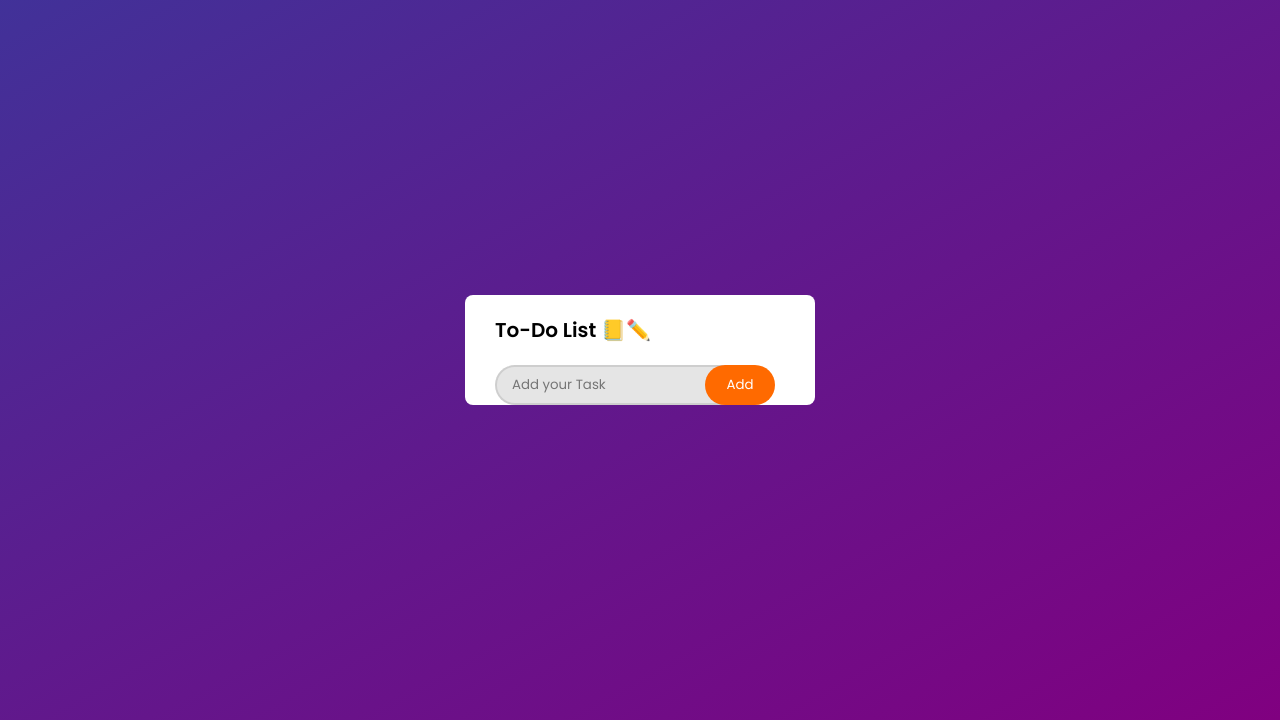
Repository: Ankitkr2021/To-Do-List
Page: index.html
An editor plug-in stored every save of this project. The page is shown before and after the next save, followed by the edit.
The browser window is 1280 px wide. The pictures show the whole page.

Above is the page before, as saved 2025-10-03 12:24:34.

### index.html
<!DOCTYPE html>
<html lang="en">
<head>
    <meta charset="UTF-8">
    <meta name="viewport" content="width=device-width, initial-scale=1.0">
    <title>To-Do-List</title>
    <link rel="stylesheet" href="./style.css">
</head>
<body>
    <div class="box">
        <h1>To-Do List 📒✏️</h1>
        <div class="task">
        <input id="input-box" type="text" placeholder="Add your Task">
        <button onclick="addTask()">Add</button>
        </div>
        <ul id="list-container">
            <!-- <li class="checked">addTask()</li>
            <li>Task 2</li>
            <li>Task 3</li> -->
        </ul>
    </div>
    <script src="script.js"></script>
</body>
</html>

### style.css
@import url("https://fonts.googleapis.com/css2?family=Poppins:wght@300;400;500;600;700&display=swap");

*{
    margin: 0;
    padding: 0;
    box-sizing: border-box;
    font-family: 'Poppins',sans-serif;
}

body{
    display: flex;
    justify-content: center;
    align-items: center;
    height: 100vh;
    background: linear-gradient(to bottom right, rgba(40, 22, 139, 0.884), purple);
}

.box {
    background: #fff;
    /* height: 150p/x; */
    margin-bottom: 20px;
    max-height: 400px;
    width: 350px;
    border-radius: 8px;
}

.box h1 {
    padding: 20px 30px;
    font-size: 20px;
    font-weight: 600;
}

.task {
    /* background: #000; */
    padding: 0 30px;
    position: relative;
}

.task input {
    width: 85%;
    height: 40px;
    border-radius: 20px;
    border: 2px solid rgba(0,0,0,0.1);
    background: rgba(0,0,0,0.1);
    padding-left: 15px;
}

.task button {
    content: "";
    position: absolute;
    left: 240px;
    height: 40px;
    width: 20%;
    border-radius: 20px;
    background: rgb(255, 106, 0);
    color: #fff;
    border: none;
}

ul li {
    list-style: none;
    font-size: 17px;
    padding: 20px 8px 0 50px;
    user-select: none;
    cursor: pointer;
    position: relative;
}

ul li:before{
    content: '';
    position: absolute;
    height: 20px;
    width: 20px;
    border-radius: 50%;
    background-image: url(./images/unchecked.png);
    background-size: cover;
    background-position: center;
    top: 22px;
    left: 24px;
}

ul li.checked {
    color: #555;
    text-decoration: line-through;
}

ul li.checked::before {
    background-image: url(./images/checked.png);
}

ul li span {
    position: absolute;
    right: 25px;
    top: 10px;
    width: 40px;
    height: 40px;
    font-size: 22px;
    color: #555;
    line-height: 40px;
    text-align: center;
    border-radius: 50%;
}

ul li span:hover {
    background: #edeef0;
}

### script.js
const inputBox = document.getElementById("input-box");
const listContainer = document.getElementById("list-container");

function addTask() {
    if(inputBox.value === '') {
        alert("You must write something!");
    }
    else {
        let li = document.createElement("li");
        li.innerHTML = inputBox.value;
        listContainer.appendChild(li);
        let span = document.createElement("span");
        span.innerHTML = "\u00d7";
        li.appendChild(span);
    }
      inputBox.value = "";
      saveData();
}

listContainer.addEventListener("click", function(e) {
    if(e.target.tagName === "LI") {
        e.target.classList.toggle("checked");
        saveData();
    }
    else if(e.target.tagName === "SPAN"){
        e.target.parentElement.remove();
        saveData();
    }
}, false);

function saveData(){
    localStorage.setItem("data", listContainer.innerHTML);
}

function showTask() {
    listContainer.innerHTML = localStorage.getItem("data");
}
showTask();

After the next save:
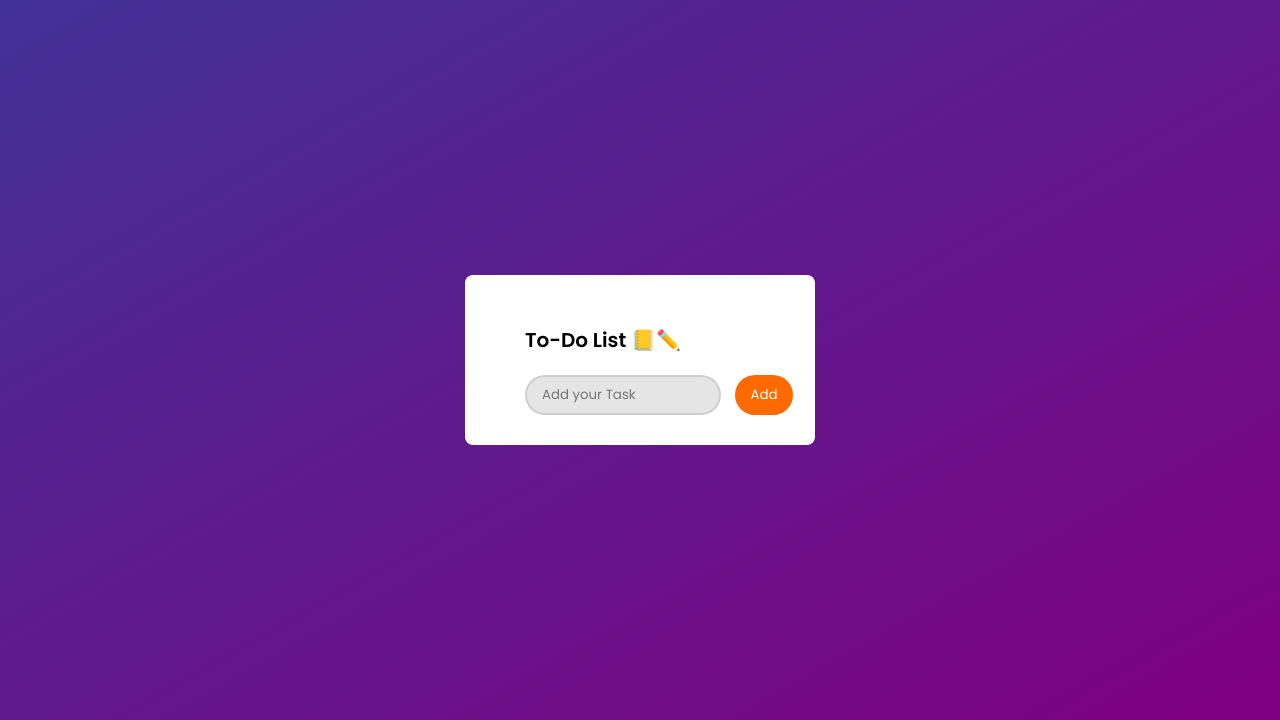
Saved 10 s later.
--- a/style.css
+++ b/style.css
@@ -18,7 +18,8 @@ body{
 .box {
     background: #fff;
     /* height: 150p/x; */
-    margin-bottom: 20px;
+    /* margin-bottom: 20px; */
+    padding: 30px;
     max-height: 400px;
     width: 350px;
     border-radius: 8px;
